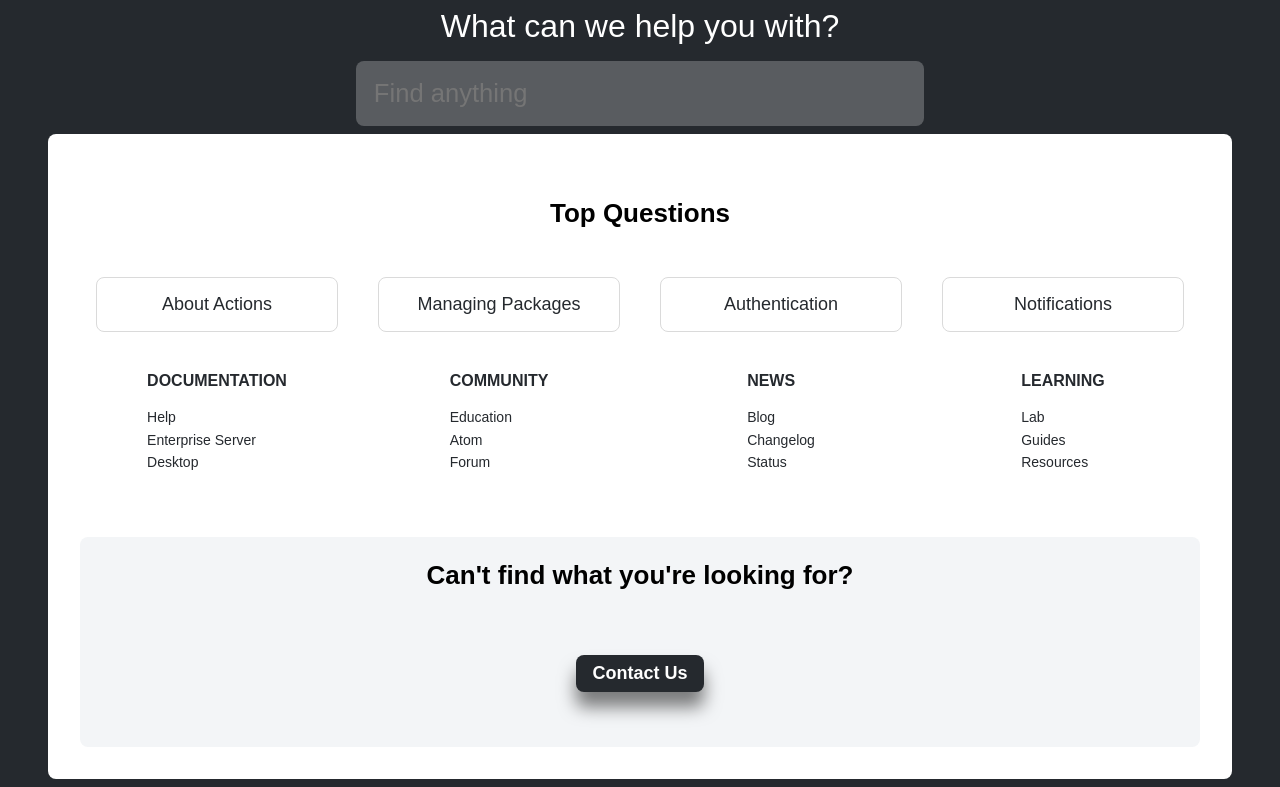
Repository: Hcmwebs/Help-Center-UI-
Page: index.html
An editor plug-in stored every save of this project. The page is shown before and after the next save, followed by the edit.
The browser window is 1280 px wide. The pictures show the whole page.
The style sheet was rebuilt from its Sass, Less or Tailwind sources for each picture, by a compiler version that may differ from the author's.

Above is the page before, as saved 2020-08-26 22:48:09.

### index.html
<!DOCTYPE html>
<html lang="en">
<head>
    <meta charset="UTF-8">
    <meta name="viewport" content="width=device-width, initial-scale=1.0">
    <link rel="stylesheet" href="styles.min.css">
    <title>Help Center</title>
</head>
<body>
    <div class="container">
        <header>
            <h1>What can we help  you with?</h1>
            <input type="search"
            id="search"
            placeholder="Find anything">
        </header>


        <!-- *******card****** -->
        <div class="card">
            <!--****card-header**** -->
            <h2> Top Questions</h2>

            <!--****card-body**** -->

            <div class="card-items">
                <div class="card-item">
                    <div class="card-item-head">
                        <h3>About Actions</h3>
                    </div>
                    <div class="card-item-body">
                        <h4>documentation</h4>
                        <ul>
                            <li>Help</li>
                            <li>Enterprise Server</li>
                            <li>Desktop</li>
                        </ul>
                    </div>
                </div>

                <div class="card-item">
                    <div class="card-item-head">
                        <h3>Managing Packages</h3>
                    </div>
                    <div class="card-item-body">
                        <h4>Community</h4>
                        <ul>
                            <li>Education</li>
                            <li>Atom</li>
                            <li>Forum</li>
                        </ul>
                    </div>
                </div>

                <div class="card-item">
                    <div class="card-item-head">
                        <h3>Authentication</h3>
                    </div>
                    <div class="card-item-body">
                        <h4>news</h4>
                        <ul>
                            <li>Blog</li>
                            <li>Changelog</li>
                            <li>Status</li>
                        </ul>
                    </div>
                </div>

                <div class="card-item">
                    <div class="card-item-head">
                        <h3>Notifications</h3>
                    </div>
                    <div class="card-item-body">
                        <h4>Learning</h4>
                        <ul>
                            <li>Lab</li>
                            <li>Guides</li>
                            <li>Resources</li>
                        </ul>
                    </div>
                </div>
            </div>


            <!--****card--footer**** -->
            <div class="card-footer">
                <h2>Can't find what you're looking for? </h2>
                <button class="btn-primary">Contact Us</button>
            </div>

        </div>
    </div>
</body>
</html>

### scss/styles.scss

@import'config';
@import'utilities';

*{
    margin: 0;
    padding: 0;
    box-sizing: border-box;
}

body{
    font-family: $font-stack;
    font-size: 10px;
    background-color:$bg-color;
    display: grid;
    place-items: center;
    height: 100vh;
    width: 100%;
}
h1{
    font-size: 32px;
    font-weight: 500;
    margin-bottom: 1rem;
    color: $primary-color;
}

h2{
    text-align: center;
    font-size: 26px;
    margin: 1rem 0;
    padding: 1rem;
}
header{
    text-align: center;
    margin-bottom: 1rem;

    input{font-size: 1.6rem;
        width: 100%;
        padding: 1rem;
        color:$primary-color;
        background-color:rgba(255,255,255,0.24);
        border: 2px solid transparent;
        border-radius: 0.5rem;
        transition: all 0.75s ease-in;

        input:placeholder{
            width: 80%;
            margin: 0 auto;
            text-align: center;
        }

    }
    input:hover{
        border-color: $border-color;
    }

}
.card{
    width: 100%;
    background-color: #fff;
    padding: 2rem;
    border-radius:0.5rem;

    &-item{
        width: 100%;
        margin-bottom: 2rem;
        text-align: center;
        display: grid;
        grid-template-columns: 1fr;
        gap: 0.5rem;
        padding: 1rem;


        &-head{
            padding: 1rem;
            border: 1px solid $border-color;
            border-radius: 0.5rem;


            h3{
                font-size: 18px;
                font-weight: normal;
                text-align: center;
                color: $bg-color;
            }
        }

        &-body{
            margin: 0 auto;
            padding: 1rem;

            h4{

                font-size: 16px;
                font-weight: bold;
                text-align: justify;
                text-transform: uppercase;
                color: $bg-color;
                padding: 1rem 0;
            }

            ul{
                list-style: none;
                margin: 0;
                padding: 0;


                li{
                    font-size: 14px;
                    font-weight: normal;
                    color: $bg-color;
                    padding:0.2rem 0;
                    text-align: justify;
                    text-transform: capitalize;

                }
            }


        }
    }

    &-footer{
        width: 100%;
        height: 210px;
        background-color:$footer-bg-color;
        display: flex;
        flex-direction: column;
        justify-content: center;
        align-items: center;
        padding-bottom: 2rem;
        border-radius:0.5rem;

        button{
            font-size: 18px;
            font-weight: bold;
            margin: 2rem;
            padding: 0.5rem 1rem;
            border-radius: 0.5rem;
            border:none;
            color:$primary-color;
            background-color:$bg-color;
            box-shadow:0 15px 17px $btn-shadow-color ;
        }
    }
}

@import'medias';

### scss/config.scss
$font-stack:'IBM Plex Sans', sans-serif;
$bg-color:rgba(37,41,46,1.0);
$primary-color:rgba(255,255,255,1);
$border-color:rgba(218,218,218,1);
$footer-bg-color:rgba(243,245,247,1);
$btn-shadow-color: rgba(0,0,0,0.5);

### scss/_utilities.scss

.container{
    width: 100%;
    padding:0 2rem ;
    background-color:$bg-color;

}

### scss/_medias.scss

@media(min-width:700px){
    .container{
        width: 1200px;
        height: auto;
        padding: 0.5rem;
        display: grid;
        place-items: center;

        header{
            width:80%;
            margin-bottom: 0.5rem;

            input{
                width: 60%;
            }
        }

        .card{
            width: 100%;

            &-items{
                display: grid;
                grid-template-columns: repeat(4, 1fr);
                gap:0.5rem;
            }

        }

    }

}

After the next save:
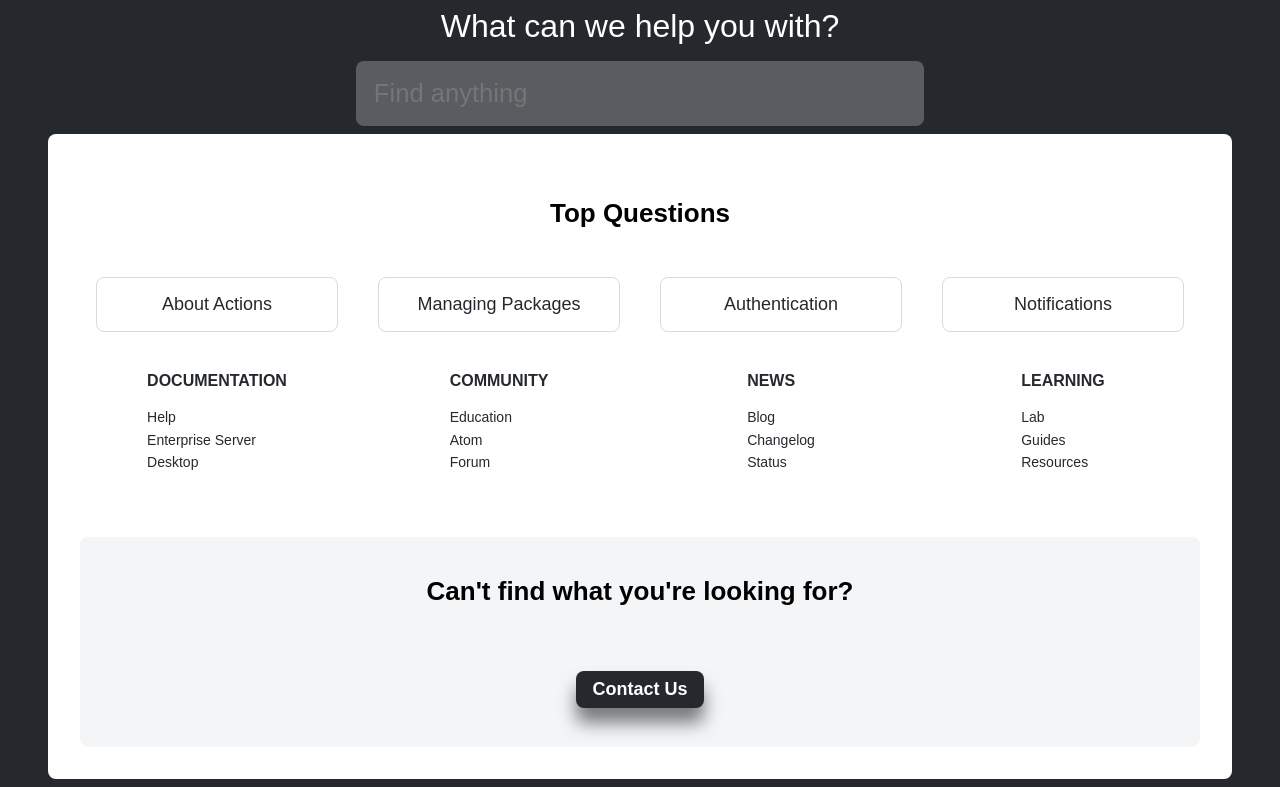
Saved 2 min 35 s later.
--- a/scss/styles.scss
+++ b/scss/styles.scss
@@ -128,7 +128,6 @@ header{
         flex-direction: column;
         justify-content: center;
         align-items: center;
-        padding-bottom: 2rem;
         border-radius:0.5rem;
 
         button{
